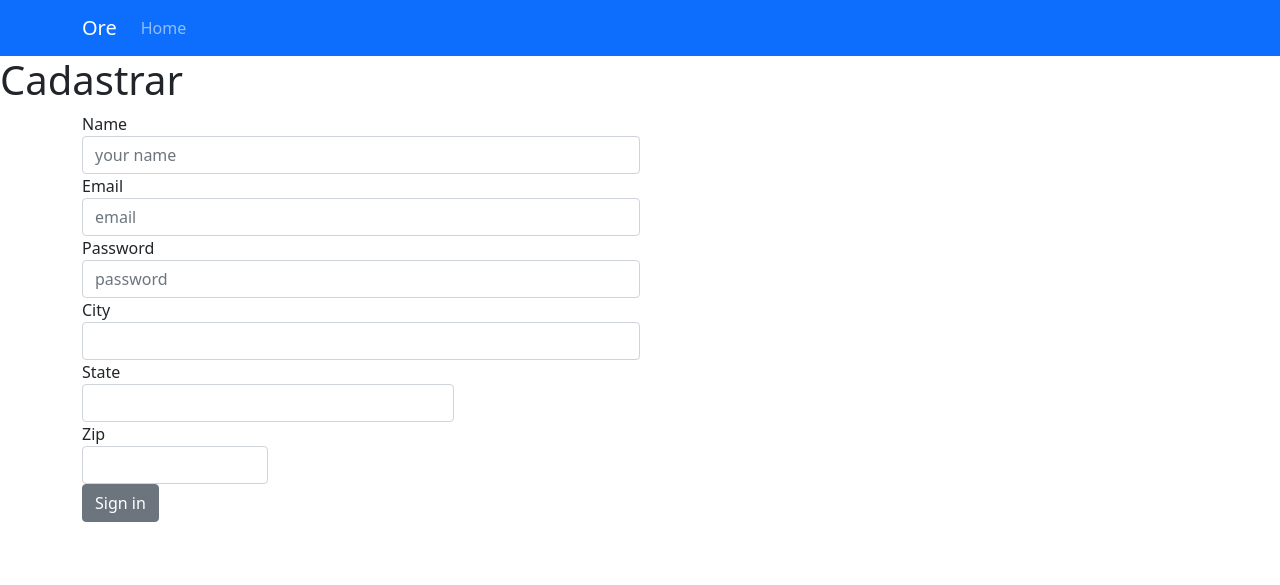
Repository: thf4/React-Front
Page: /cadastrar
The author's editor kept a copy of each file at every save. The page is drawn from the files as they stood at one save, then again after the next save.
The browser window is 1280 px wide. The pictures show the whole page.
The project was rebuilt for these pictures with package versions that can differ from the ones it lists, and the page was loaded fresh each time. Also part of the build but not shown: src/config/index.js, src/pages/Home/index.js, src/pages/Vizualizar/index.js, src/pages/Editar/index.js.

Above is the page before, as saved 2021-05-07 13:37:54.

After the next save:
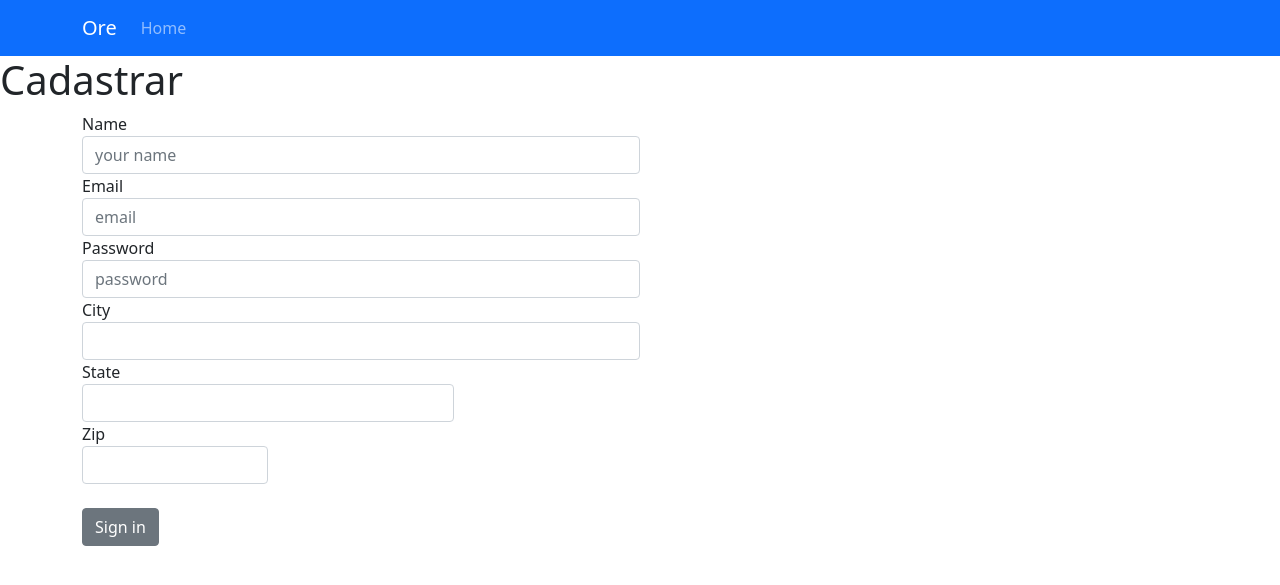
Saved 37 s later.
--- a/src/pages/Cadastrar/index.js
+++ b/src/pages/Cadastrar/index.js
@@ -112,7 +112,7 @@ export const Cadastrar = () => {
               </FormGroup>
             </Col>
           </Row>
-          <Button onSubmit={cadUser} href="">Sign in</Button>
+          <Button className="mt-4" onSubmit={cadUser} href="">Sign in</Button>
         </Container>
       </Form>
     </div>
